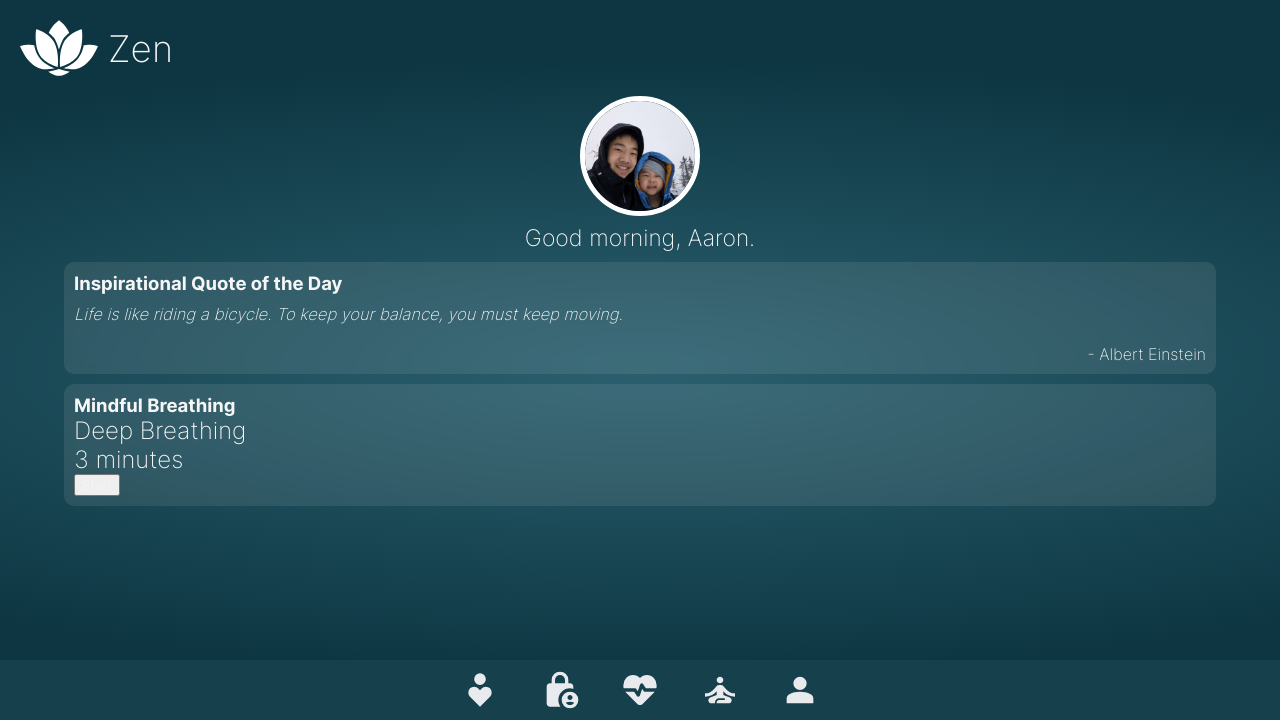
Repository: aaronw-dev/Zen
Page: mindful_dashboard.html
An editor plug-in stored every save of this project. The page is shown before and after the next save, followed by the edit.
The browser window is 1280 px wide. The pictures show the whole page.

Above is the page before, as saved 2024-06-08 14:47:03.

After the next save:
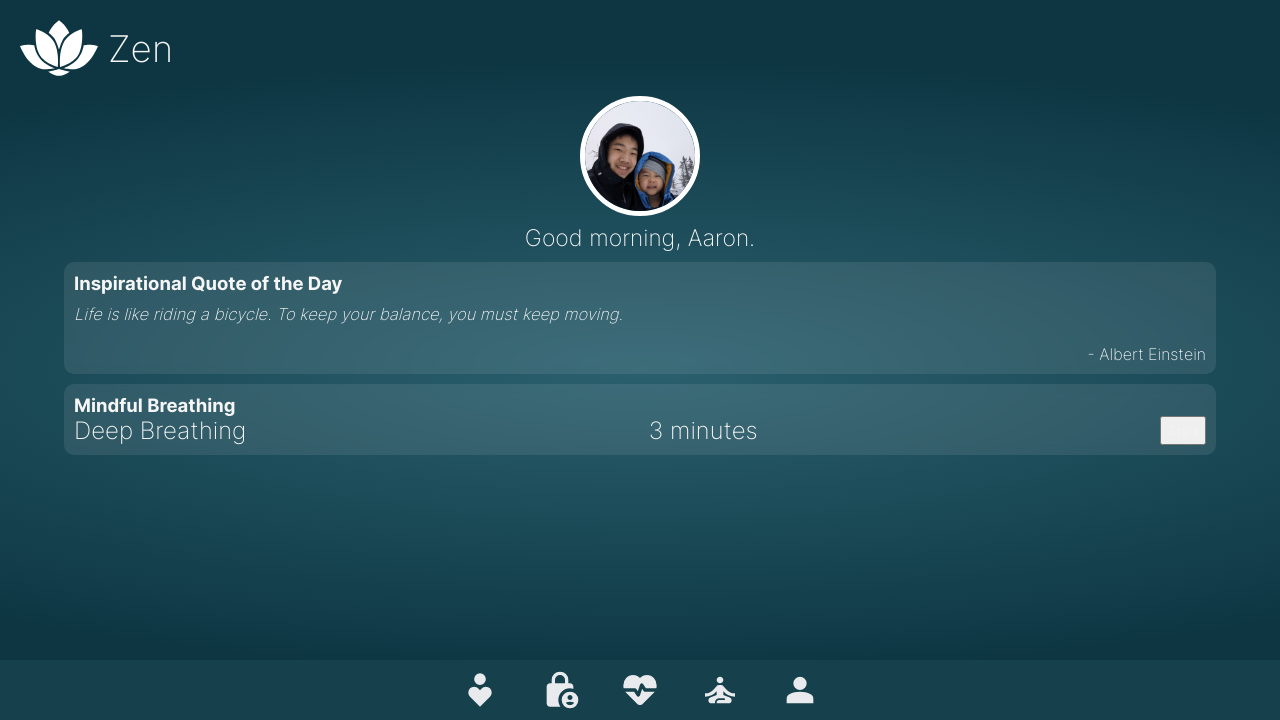
Saved 12 s later.
--- a/static/awdev.css
+++ b/static/awdev.css
@@ -134,7 +134,7 @@ nav img {
     content: "- ";
 }
 
-.flex-container {
+.mindful-actions {
     display: flex;
     flex-direction: row;
     flex-wrap: nowrap;

After the 5 saves that followed:
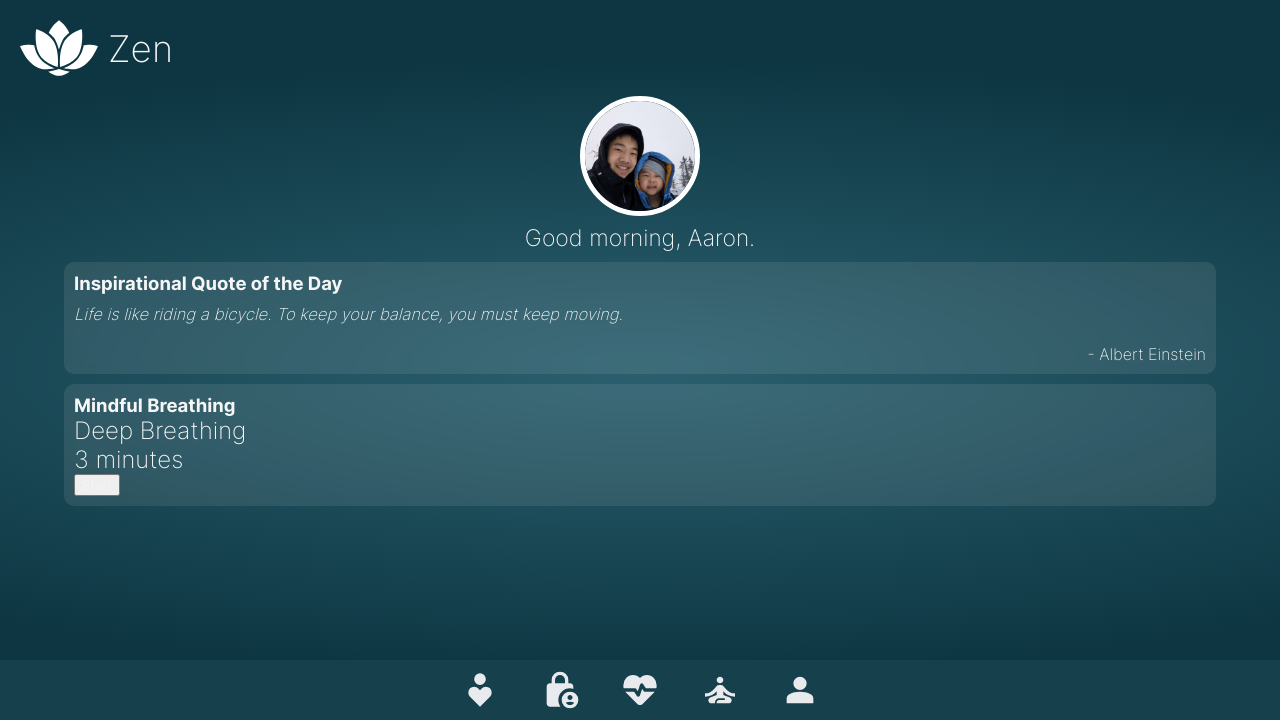
The 5 saves are shown as one change because they came seconds apart.
The last was saved 24 s later.
--- a/static/awdev.css
+++ b/static/awdev.css
@@ -143,7 +143,7 @@ nav img {
     align-content: normal;
   }
 
-  .flex-items:nth-child(1) {
+  .mindful-actions:nth-child(1) {
     display: block;
     flex-grow: 0;
     flex-shrink: 1;
@@ -152,7 +152,7 @@ nav img {
     order: 0;
   }
 
-  .flex-items:nth-child(2) {
+  .mindful-actions:nth-child(2) {
     display: block;
     flex-grow: 0;
     flex-shrink: 1;
